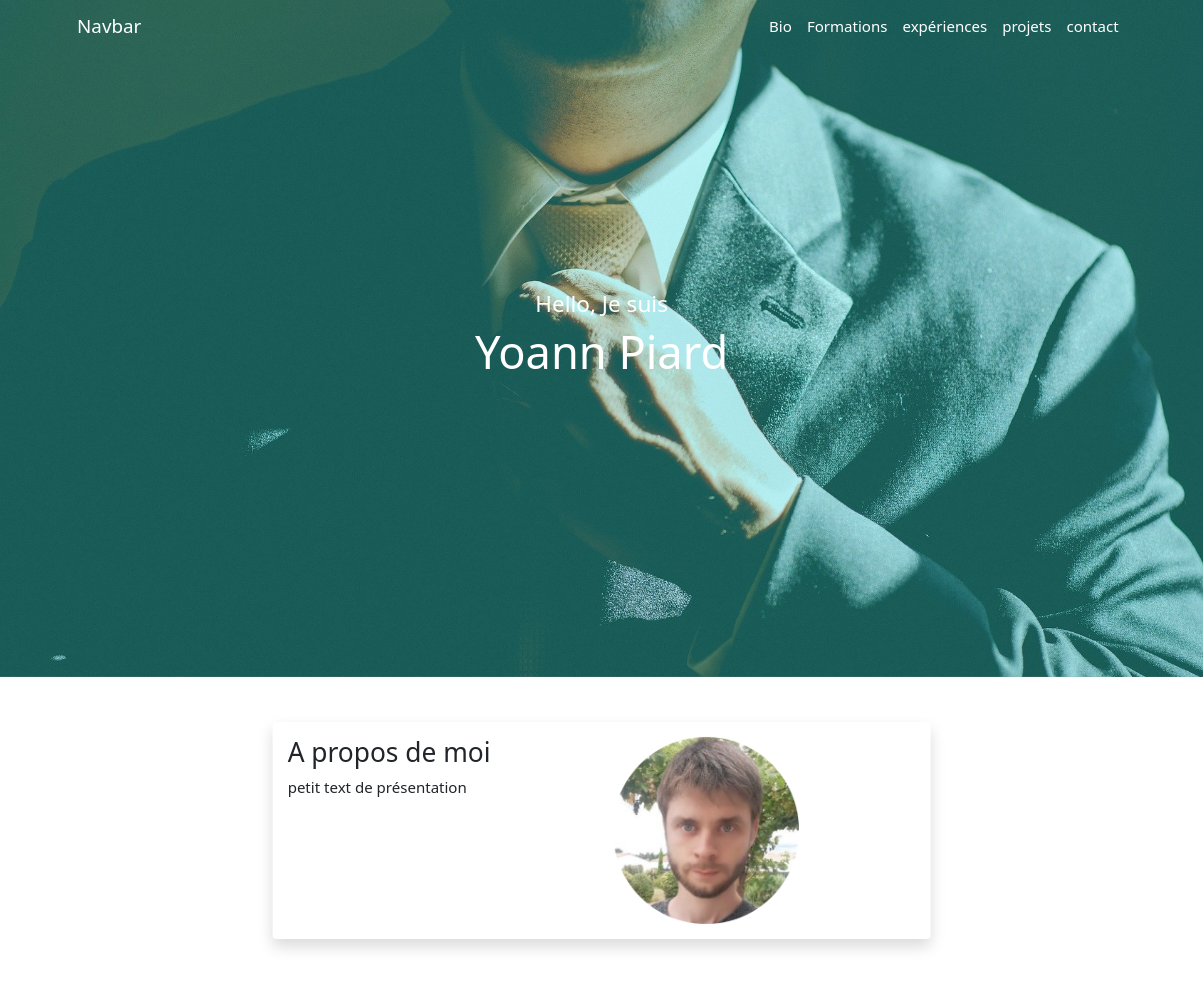
Repository: ypiard85/port-folio-bootstrap-yoann-2021
Page: index.html
These files come from the project's save history. The page is drawn as it stood at one moment and after the next save; the edit follows.
The browser window is 1280 px wide. The pictures show the whole page, at 94% of full size.

Above is the page before, as saved 2021-03-09 13:57:21.

### index.html
<!DOCTYPE html>
<html lang="en">
<head>
    <meta charset="UTF-8">
    <meta http-equiv="X-UA-Compatible" content="IE=edge">
    <meta name="viewport" content="width=device-width, initial-scale=1.0">
    <!-- CSS only -->
    <link rel="stylesheet" href="./resource/style.css">
<link href="https://cdn.jsdelivr.net/npm/bootstrap@5.0.0-beta2/dist/css/bootstrap.min.css" rel="stylesheet" integrity="sha384-BmbxuPwQa2lc/FVzBcNJ7UAyJxM6wuqIj61tLrc4wSX0szH/Ev+nYRRuWlolflfl" crossorigin="anonymous">
    <title>Document</title>
</head>
<body>

        <nav class="navbar position-fixed w-100 navbar-expand-lg navbar-light">
            <div class="container">
              <a class="navbar-brand" href="#">Navbar</a>
              <button class="navbar-toggler" type="button" data-bs-toggle="collapse" data-bs-target="#navbarNav" aria-controls="navbarNav" aria-expanded="false" aria-label="Toggle navigation">
                <span class="navbar-toggler-icon"></span>
              </button>
              <div class="collapse navbar-collapse" id="navbarNav">
                <ul class="navbar-nav">
                  <li class="nav-item">
                    <a class="nav-link active" aria-current="page" href="#bio">Bio</a>
                  </li>
                  <li class="nav-item">
                    <a class="nav-link" href="#formation">Formations</a>
                  </li>
                  <li class="nav-item">
                    <a class="nav-link" href="#experience">expériences</a>
                  </li>
                  <li class="nav-item">
                    <a class="nav-link" href="#projet">projets</a>
                  </li>
                  <li class="nav-item">
                    <a class="nav-link" href="#contact">contact</a>
                  </li>
                </ul>
              </div>
            </div>
          </nav>

          <header class="container-fluid flex-column
          d-flex align-items-center justify-content-center">
              <h4>Hello, Je suis</h4>
              <h1>Yoann Piard</h1>
          </header>

          <section class="about_me shadow rounded p-3 mt-5 mb-5">
                <div class="row">
                    <div class="col-md-6">
                        <h3>A propos de moi</h3>
                        <p>petit text de présentation</p>
                    </div>
                    <div class="col-md-6">
                        <img src="./resource/image/yoann_piard.png" alt="">
                    </div>
                </div>
          </section>

<!-- JavaScript Bundle with Popper -->
<script src="https://cdn.jsdelivr.net/npm/bootstrap@5.0.0-beta2/dist/js/bootstrap.bundle.min.js" integrity="sha384-b5kHyXgcpbZJO/tY9Ul7kGkf1S0CWuKcCD38l8YkeH8z8QjE0GmW1gYU5S9FOnJ0" crossorigin="anonymous"></script>
<script src="https://unpkg.com/scrollreveal"></script>
<script src="./resource/app.js"></script>
</body>
</html>

### resource/style.css
.navbar-collapse{
    flex-grow: 0!important;
}

nav a{
    color: white!important;
}

header{
    height: 100vh;
    background: gray;
    background-image: linear-gradient(90deg, rgba(0,231,249,0.2780462526807598) 100%, rgba(0,4,24,0.4405112386751575) 74%), url('./image/about-section.jpg');
    background-repeat: no-repeat;
    background-size: cover;
    background-position: top center;
    color: white;
}

header h1{
    font-weight: normal;
    font-size: 3em;
}

.about_me{
    width: 700px;
    margin: auto;
    margin-top: 0px;
}

### resource/app.js
ScrollReveal().reveal('.about_me', {
    delay: 250,
    duration: 1000,
    reset: true,
    origin: 'bottom',
    distance: '20%'
});

After the next save:
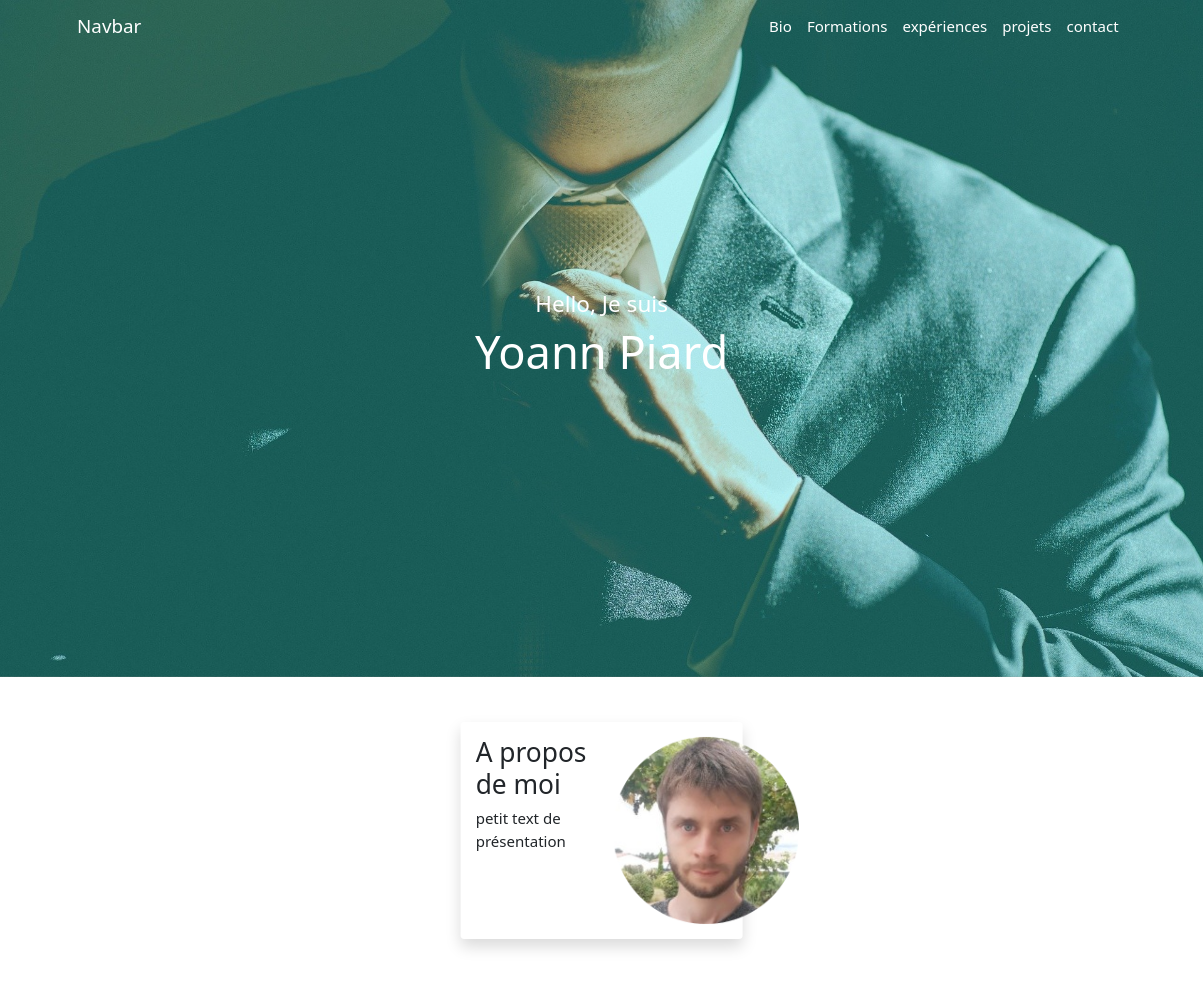
Saved 4 s later.
--- a/resource/style.css
+++ b/resource/style.css
@@ -22,7 +22,7 @@ header h1{
 }
 
 .about_me{
-    width: 700px;
+    width: 300px;
     margin: auto;
     margin-top: 0px;
 }
